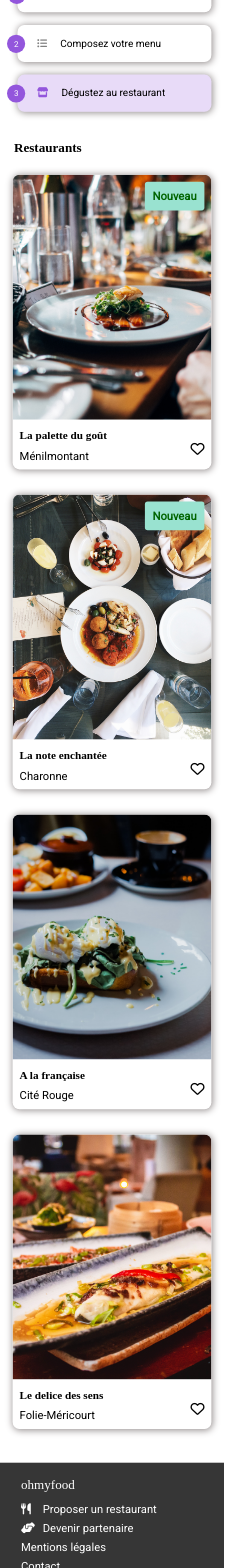
Repository: Micka-17/boimickael_3_16042021
Page: index.html
These files come from the project's save history. The page is drawn as it stood at one moment and after the next save; the edit follows.
The browser window is 320 px wide. The page is 321 px wide, so the pictures cover 321 px, including what lies to the right of the window. The pictures show the part of the page from y = 481 to 2721 px (the page is 2745 px tall before and 2305 px after), at 70% of full size.
Some web fonts or font styles are not loaded; a fallback is used. Some web libraries are served in a nearby version. The style sheet was rebuilt from its Sass, Less or Tailwind sources for each picture, by a compiler version that may differ from the author's.

Above is the page before, as saved 2021-05-26 10:09:44.

### index.html
<!DOCTYPE html>
<html lang="en">
  <head>
    <meta charset="UTF-8" />
    <meta http-equiv="X-UA-Compatible" content="IE=edge" />
    <meta name="viewport" content="width=device-width, initial-scale=1.0" />
    <link rel="stylesheet" href="css/style.css" />
    <script
      src="https://kit.fontawesome.com/7f2b024bdc.js"
      crossorigin="anonymous"
    ></script>
    <title>OhMyFood</title>
  </head>
  <body>
    <div id="backgroundloader">
      <div id="loader"></div>
    </div>
    <header>
      <div id="logo">
        <img src="images/logo/ohmyfood@2x.svg" alt="OhMyFood" />
      </div>
    </header>
    <section id="sec-1">
      <div id="top">
        <div id="paris">
          <p><i class="fas fa-map-marker-alt icon"></i> Paris, Belleville</p>
        </div>
        <div id="reservation">
          <h2 id="center-top1">Réservez le menu qui vous convient</h2>
          <p id="center-top2">
            Découvrez des restaurants d'exception, séléctionnés par nos soins.
          </p>
          <a id="btn" href="#sec-3">Explorer nos restaurants</a>
        </div>
      </div>
    </section>
    <section id="sec-2">
      <div class="fonctionnement">
        <h3 class="h3s">Fonctionnement</h3>
        <ul class="bolder">
          <li>
            <i class="fas fa-mobile-alt icon-top"></i> Choisissez un restaurant
            <p id="number1">1</p>
          </li>
          <li>
            <i class="fas fa-list-ul icon-top"></i> Composez votre menu
            <p id="number2">2</p>
          </li>
          <li id="li-3">
            <i class="fas fa-store icon-top-purple"></i> Dégustez au restaurant
            <p id="number3">3</p>
          </li>
        </ul>
      </div>
    </section>
    <section id="sec-3">
      <h3 class="h3s">Restaurants</h3>
      <div class="choice">
        <a href="pages/la_palette_du_gout.html">
          <div class="card">
            <p class="nouveau">Nouveau</p>
            <img
              id="new"
              class="imga"
              src="images/restaurants/la_palette_du_gout.jpg"
              alt="la_palette_du_gout"
            />
            <div class="resto">
              <div>
                <h4>La palette du goût</h4>
                <p class="space">Ménilmontant</p>
              </div>
              <div class="loveclcik">
                <i class="far fa-heart love fa-lg"></i>
                <i class="fas fa-heart loves3"></i>
              </div>
            </div>
          </div>
        </a>
        <a href="pages/la_note_enchantee.html">
          <div class="card">
            <p class="nouveau">Nouveau</p>
            <img
              class="imga"
              src="images/restaurants/la_note_enchantee.jpg"
              alt="la_note_enchantee"
            />
            <div class="resto">
              <div>
                <h4>La note enchantée</h4>
                <p class="space">Charonne</p>
              </div>
              <div class="loveclcik">
                <i class="far fa-heart love fa-lg"></i>
                <i class="fas fa-heart loves3"></i>
              </div>
            </div>
          </div>
        </a>
        <a href="pages/a_la_francaise.html">
          <div class="card">
            <img
              class="imga"
              src="images/restaurants/a_la_française.jpg"
              alt="a_la_française"
            />
            <div class="resto">
              <div>
                <h4>A la française</h4>
                <p class="space">Cité Rouge</p>
              </div>
              <div class="loveclcik">
                <i class="far fa-heart love fa-lg"></i>
                <i class="fas fa-heart loves3"></i>
              </div>
            </div>
          </div>
        </a>
        <a href="pages/le_delice_des_sens.html">
          <div class="card">
            <img
              class="imga"
              src="images/restaurants/le_delice_des_sens.jpg"
              alt="le_delice_des_sens"
            />
            <div class="resto">
              <div>
                <h4>Le delice des sens</h4>
                <p class="space">Folie-Méricourt</p>
              </div>
              <div class="loveclcik">
                <i class="far fa-heart love fa-lg"></i>
                <i class="fas fa-heart loves3"></i>
              </div>
            </div>
          </div>
        </a>
      </div>
    </section>
    <section class="end">
      <footer>
        <div>
          <h3 id="logo-white">ohmyfood</h3>
          <div class="end-ul">
            <p>
              <i class="fas fa-utensils icon-footer"></i> Proposer un restaurant
            </p>
            <p>
              <i class="fas fa-hands-helping icon-footer"></i> Devenir
              partenaire
            </p>
            <p>Mentions légales</p>
            <a id="contact" href="mailto:contact@ohmyfood.com"
              ><p>Contact</p></a
            >
          </div>
        </div>
      </footer>
    </section>
  </body>
</html>

### sass/style.scss
@import "./directories/Utils/variables-mixin";
@import "./directories/Base/main.scss";



ul {
    font-family: 'Roboto', sans-serif;
    font-size: 0.9em;
    @media (min-width: 430px) {
        max-width: 450px;
    }
        @media (min-width: 1000px) {
            display: flex;
            min-width: 100%;
            justify-content: space-evenly;
        }
}

/*#backgroundloader {
    position: absolute;
    top: 0;
    left: 0;
    background-color: $color3;
    min-width: 100%;
    height: 100vh;
    animation: loader2 3s;
    animation-fill-mode: both;
    animation-timing-function: step-end;
  }
#loader {
    position: absolute;
    height: 70px;
    top: 50%;
    right: 50%;
    bottom: 50%;
    left: 50%;
    width: 64px;
    height: 64px;
    border-radius: 50%;
    border: 6px solid rgb(255, 255, 255);
    border-color: $color1 transparent $color2 transparent;
    animation: dual-ring 0.8s infinite, loader 3s;
    animation-delay: 0.2s;
    animation-fill-mode: both;
  }
*/
#contact {
    color: white;
}

.spacediv p {
    font-family: 'Roboto', sans-serif;
    text-overflow: ellipsis;
    overflow: hidden;
    white-space: nowrap;
}

#logo {
    display: flex;
    justify-content: center;
    margin-top: 20px;
    margin-bottom: 10px;
}

#paris {
    display: flex;
    justify-content: center;
    border-top: solid 3px rgba(128, 128, 128, 0.301);
    min-width: 321px;
    padding-top: 10px;
    padding-bottom: 10px;
    background-color: rgba(128, 128, 128, 0.212);
        .icon {
            margin-right: 10px;
        }
}

#reservation {
    display: flex;
    justify-content: center;
    flex-direction: column;
    place-items: center;
    background-color: rgb(238, 234, 234);
    padding-bottom: 45px;
        #btn {
            @include btn();
                &:hover {
                    filter: brightness(1.10);
                    box-shadow: 0px 0px 10px 5px gray;
                }
        }
}

#center-top1 {
    text-align: center;
    margin-top: 20px;
    max-width: 350px;
}

#center-top2 {
    margin-top: 20px;
    margin-bottom: 20px;
    text-align: center;
    max-width: 350px;
}


.icon-top {
    color: gray;
    margin-right: 15px;
    margin-left: 10px;
}

.icon-top-purple {
    color: $color1;
    margin-right: 15px;
    margin-left: 10px;
}

#li-3 {
    background-color: #9256dc36;
}

li { position: relative;
    background-color: #ffffff;
    border-radius: 10px;
    padding: 18px;
    margin: 18px;
    margin-left: 25px;
    box-shadow: 1px 1px 10px 1px rgb(151, 145, 145);
    min-width: 20%;
        #number1 {
            position: absolute;
            top: 15px;
            left: -14px;
            background-color: $color1;
            border-radius: 50px;
            padding: 6px 10px;
            font-size: 0.8em;
            color: white;
        }
            #number2 {
                position: absolute;
                top: 14px;
                left: -15px;
                background-color: $color1;
                border-radius: 50px;
                padding: 6px 10px;
                font-size: 0.8em;
                color: white;
            }
                #number3 {
                    position: absolute;
                    top: 14px;
                    left: -15px;
                    background-color: $color1;
                    border-radius: 50px;
                    padding: 6px 10px;
                    font-size: 0.8em;
                    color: white;
                }
}
.space {
    margin-top: 10px;
    margin-bottom: 10px;
}
.card {
    background-color: #ffffff;
    border-radius: 10px;
    padding: 0px;
    margin: 18px;
    box-shadow: 1px 1px 10px 1px rgb(151, 145, 145);
    max-width: 100%;
}
.imga {
    object-fit: cover;
    border-radius: 10px 10px 0px 0px;
    width: 650px;
    height: 350px;
        @media (max-width:900px) {
            max-width: 100%;
        }
            @media (max-width:500px) {
                max-width: 100%;

            }
                @media (max-width:320px) {
                    max-height: 100%;

                }
}
.card {
    position: relative;
}
.nouveau {
    position: absolute;
    padding: 0.7rem;
    border-radius: 0.25rem;
    color: darkgreen;
    font-weight: bold;
    right: 10px;
    top: 10px;
    background-color: #99e2d0;
}

.h3s {
    margin: 40px 0px 10px 20px;

}

.choice {
    display: flex;
    flex-direction: column;
    place-items: center;
    flex-wrap: wrap;
        .resto {
            display: flex;
            justify-content: space-between;
            align-items: center;
            margin: 10px;
        }
            @media (min-width: 630px) {
                flex-wrap: wrap;
                flex-direction: row;
                justify-content: center;
            }
                @media (min-width: 1350px) {
                    display: grid;
                    grid-template-rows: 50% 50%;
                    grid-template-columns: 50% 50%;
                }
}


footer {
    margin-top: 30px;
    padding: 10px;
    background-color: rgb(54, 54, 54);
    color: white;
        #logo-white {
            font-family: 'Shrikhand', cursive;
            font-weight: 300;
            margin-bottom: 15px;
            margin-left: 20px;
            margin-top: 10px;
        }
            li {
                background-color: transparent;
                border-radius: 0;
                padding: 5px;
                margin-left: 20px;
                box-shadow: none;
                display: flex;
                margin-top: 5px;
                margin-bottom: 5px;
            }
                .icon-footer {
                    max-width: 2px;
                    max-height: 2px;
                    margin-right: 25px;
                }
                    @media (min-width:1000px) {
                        padding: 40px;
                    }
}


//pages 2

.img-top {
    min-width: 100%;
    max-height: 510px;
}

.arrow {
    position: absolute;
    left: 20px;
    top: 30px;
    color: rgba(0, 0, 0, 0.801);
}
#margtitle {
    margin-left: 15px;
    max-width: 220px;
}
img {
    object-fit: cover;
}
.titlemargall {
    margin-top: 30px;
    margin-left: 15px;
    border-bottom: solid rgba(55, 224, 55, 0.541);
    max-width: 30px;
}
#middle {
    position: absolute;
    top: 240px;
    min-width: 100%;
    min-height: 980px;
    background-color: rgb(231, 229, 229);
    border-radius: 20px 20px 0px 0;
    padding-top: 30px;
     .entrees {
        @include centre();
        @include capsule();
     }
        .bold {
            font-weight: bold;
            font-size: 1em;
        }
        .bolder {
            font-weight: bold;
            font-size: 0.6m;
                @media (min-width: 1000px) {
                    margin: 15px;
                }
        }
            p {
                font-size: 0.7em;
            }
                .loves1 {
                    position: absolute;
                    right: 15px;
                    color: gray
                }
}

.loves2 {
    display: none;
    opacity: 0;
    background: linear-gradient(0deg,#9356dc,#ff79da);
    background-clip: text;
    -webkit-background-clip: text;
    -moz-background-clip: text;
    -webkit-text-fill-color: transparent;
    position: absolute;
    right: 15px;
}
#margtitle:hover .loves2 {
    animation: fadeout;
    opacity: 1;
    animation-duration: .5s;
    display: inline-block;
    justify-content: center;
}

.loves3 {
    display: none;
    opacity: 0;
    background: linear-gradient(0deg,#9356dc,#ff79da);
    background-clip: text;
    -webkit-background-clip: text;
    -moz-background-clip: text;
    -webkit-text-fill-color: transparent;
    position: absolute;
    right: 9px;
    bottom: 18px;
}
.loveclcik:hover .loves3 {
    animation: fadeout2;
    opacity: 1;
    animation-duration: .5s;
    display: inline-block;
    justify-content: center;
    font-size: 1.5em;
}

#entrees {
    animation: slideup 1s;
    animation-duration: 1s;
}
#plats {
    animation: slideup 1s;
    animation-duration: 5s;
}
#desserts {
    animation: slideup 1s;
    animation-duration: 8s;
}


.entrees, .plats, .desserts {
    cursor: pointer;
        @media (max-width:321px) {
            width: 300px;
        }
        @media (max-width:378px) {
            max-width: 100%;
        }
        @media (max-width:414px) {
            max-width: 100%;
        }
        @media (min-width: 1000px) {
            min-width: 30%;
            min-height: 90px;
            width: 100%;
        }
}

.spacediv {
    width: 100%;
    overflow: hidden;
    @include spacediv();
        @media (min-width: 1000px) {
            justify-content: space-evenly;
        }
}
.plats {
    @include capsule();
    @include centre();
}
.desserts {
    @include capsule();
    @include centre();
}

.responsive {
    @media (min-width: 1000px) {
        display: flex;
        justify-content: center;
    }
}

.responsive-entrees {
    @media (min-width: 1000px) {
        display: flex;
        justify-content: center;
        flex-wrap: wrap;
    }
}

#btnp2 {
    @include btn();
    margin-top: 40px;
        &:hover {
            filter: brightness(1.10);
            box-shadow: 0px 0px 10px 5px gray;
        }
         @media (min-width: 1000px) {
            margin-top: 150px;
         }
}

#placement-btn {
    display: flex;
    justify-content: center;
    place-items: center;
}

.end1 {
    position: absolute;
    top: 1151px;
    min-width: 100%;
}

.end {
    position: absolute;
    min-width: 100%;
}

.end-ul {
        @media (min-width: 430px) {
        max-width: 450px;
    }
        @media (min-width: 1000px) {
            display: flex;
            min-width: 100%;
            flex-direction: row;
            justify-content: space-evenly;
        }
}

.end-ul p {
    margin: 8px;
    margin-left: 20px;
}

//page la note enchantee

 .align-price{
    display: flex;
    align-items: flex-end;
    margin-bottom: 8px;
    margin-right: 8px;
}

.check {
    width: 0px;
    transition-duration: 1s;
    font-size: 1.5em;
     & i {
        display: none;
        place-items: center;
        color: white;
     }
}

.entrees:hover .check {
    width: 90px;
    height: 51px;
    background-color: $color3;
    display: flex;
    justify-content: center;
    border-radius: 0 20% 20% 0;
        @media (max-width: 1000px) {
            width: 65px;
        }
            & .rotation {
                display: flex;
                place-items: center;
            }
                & .rond {
                    display: flex;
                    place-items: center;
                    transform-origin: center;
                    animation: spin;
                    animation-duration: 1s;
                }
                    @media (min-width: 1000px) {
                        height: 90px;
                        border-radius: 0 10% 10% 0;
                    }
}


.plats:hover .check {
    width: 90px;
    height: 51px;
    background-color: $color3;
    display: flex;
    justify-content: center;
    border-radius: 0 20% 20% 0;
        @media (max-width: 1000px) {
            width: 65px;
        }
            & .rotation {
                display: flex;
                place-items: center;
            }
                & .rond {
                    display: flex;
                    place-items: center;
                    transform-origin: center;
                    animation: spin;
                    animation-duration: 1s;
                }
                    @media (min-width: 1000px) {
                        height: 90px;
                        border-radius: 0 10% 10% 0;
                    }
}

.desserts:hover .check {
    width: 90px;
    height: 51px;
    background-color: $color3;
    display: flex;
    justify-content: center;
    border-radius: 0 20% 20% 0;
        @media (max-width: 1000px) {
            width: 65px;
        }
            & .rotation {
                display: flex;
                place-items: center;
            }
                & .rond {
                    display: flex;
                    place-items: center;
                    transform-origin: center;
                    animation: spin;
                    animation-duration: 1s;
                }
                    @media (min-width: 1000px) {
                        height: 90px;
                        border-radius: 0 10% 10% 0;
                    }
}

### sass/directories/Utils/_variables-mixin.scss
$color1: #9356DC;
$color2: #FF79DA;
$color3: #99E2D0;

@mixin centre {
    display: flex;
    justify-content: space-between;
}

@mixin capsule {
    background-color: whitesmoke;
    border-radius: 10px;
    box-shadow: 1px 1px 10px 1px rgb(226, 226, 226);
    margin: 10px;
    overflow: hidden;
}
 @mixin spacediv {
    min-height: 35px;
    display: flex;
    flex-direction: column;
    justify-content: space-between;
    padding: 8px;
 }
@mixin btn {
    background: linear-gradient($color2, $color1);
    border-radius: 50px;
    border: none;
    box-shadow: gray;
    color: white;
    font-weight: bold;
    max-width: 200px;
    min-width: 200px;
    margin-top: 15px;
    padding: 15px 10px;
    text-align: center;
    text-decoration: none
}

@keyframes fadein {
    from {
        transform: scaleX(0);
    }

    to {
        transform: scaleX(1);
    }
}

@keyframes fadeout {
    from {
        transform: scaleY(0);
    }

    to {
        transform: scaleY(1);
    }
}
@keyframes fadeout2 {
    from {
        transform: scale(0);
    }

    to {
        transform: scale(1.5);
    }
}

@keyframes spin {
    from {
        transform: rotate(0deg);
    } to {
        transform: rotate(360deg);
    }
}

@keyframes slideup {
    from {
        transform: translateY(50px);
        opacity: 0;
    }
    to {
        transform: translateY(0px);
        opacity: 1;
    }
}


 @keyframes dual-ring {
    0% {
      transform: rotate(0deg);
      opacity: 100%;
    }
    50% {
        transform: rotate(180deg);
        opacity: 10%;
      }
    100% {
      transform: rotate(360deg);
      opacity: 100%;
    }
  }

@keyframes loader {
    0% {
    opacity: 100%;
    }
    99% {
        opacity: 100%;
    }
    100% {
        opacity: 100%;
    }
}

@keyframes loader2 {
    0% {
    opacity: 100%;
    z-index: 9999;
    }
    99% {
        opacity: 0;
        z-index: -1000;
    }
    100% {
        opacity: 0;
        z-index: -1000;
    }
}

### sass/directories/Base/main.scss
@import url('https://fonts.googleapis.com/css2?family=Roboto&family=Shrikhand&display=swap');

* {
    margin: 0;
    padding: 0;
    text-decoration: none;
    list-style-type: none;
}
#margtitle {
    font-family: Shrikhand;
    font-weight: 100;
    font-size: 1.2em;
}
p {
    font-family: 'Roboto', sans-serif;
}
a {
    text-decoration: none;
    list-style: none;
    color: rgb(0, 0, 0);
}

After the next save:
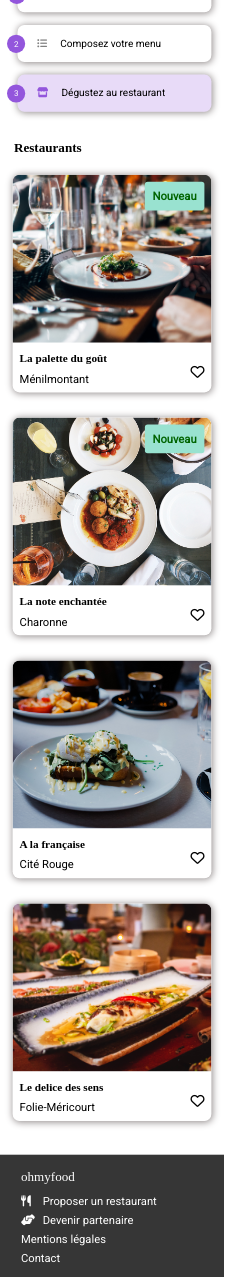
Saved 7 s later.
--- a/sass/style.scss
+++ b/sass/style.scss
@@ -185,7 +185,7 @@ li { position: relative;
 
             }
                 @media (max-width:320px) {
-                    max-height: 100%;
+                    max-height: 240px;
 
                 }
 }
